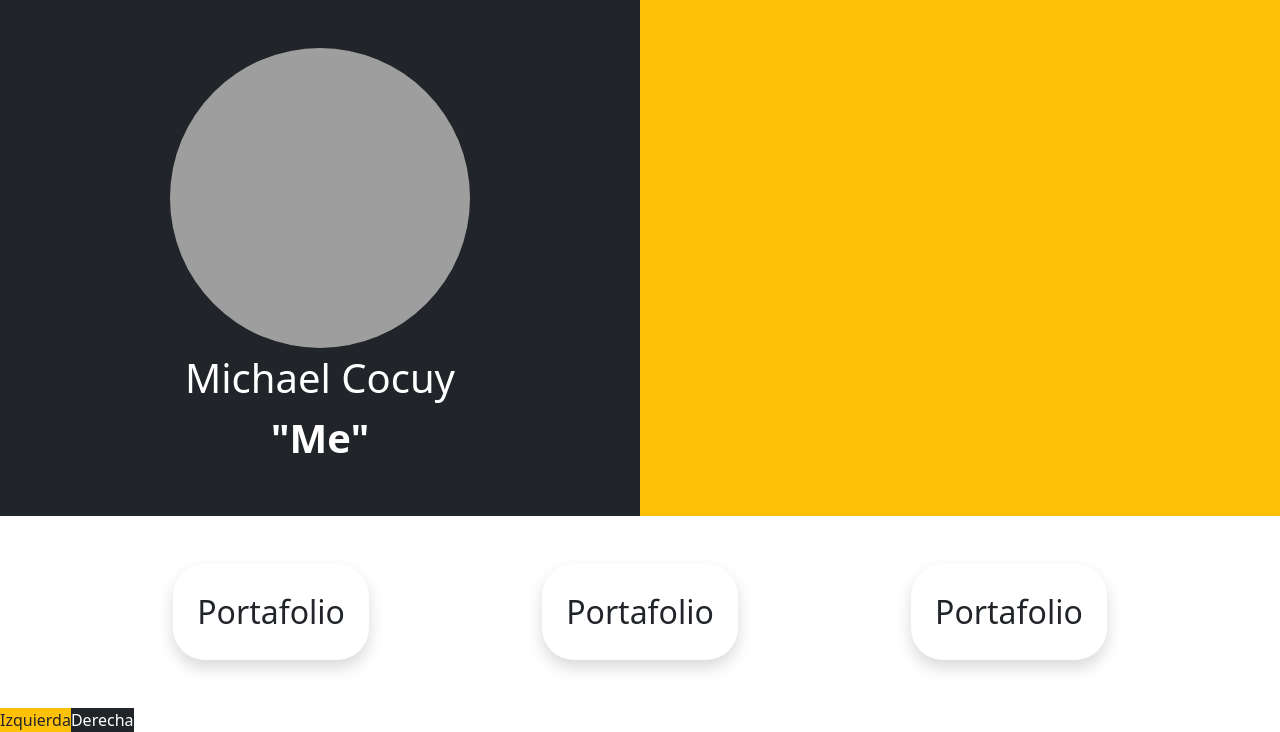
Repository: TzStrikerYT/Dise-o-web-NA00
Page: Proyecto_personal/index.html
The author's editor kept a copy of each file at every save. The page is drawn from the files as they stood at one save, then again after the next save.
The browser window is 1280 px wide. The pictures show the whole page.
Pictures or frames that could not be fetched are drawn as grey boxes.

Above is the page before, as saved 2024-08-30 20:53:17.

### Proyecto_personal/index.html
<!doctype html>
<html lang="en">
  <head>
    <meta charset="utf-8">
    <meta name="viewport" content="width=device-width, initial-scale=1">
    <title>Bootstrap demo</title>

    <link rel="stylesheet" href="style.css">

    <link href="https://cdn.jsdelivr.net/npm/bootstrap@5.3.3/dist/css/bootstrap.min.css" rel="stylesheet" integrity="sha384-QWTKZyjpPEjISv5WaRU9OFeRpok6YctnYmDr5pNlyT2bRjXh0JMhjY6hW+ALEwIH" crossorigin="anonymous">
  </head>
  <body class="">

    <div class="d-flex text-white">
        <div class="py-5 bg-dark col-md-6 d-flex flex-column align-items-center">
            <div class="mi-image border-0 rounded-circle">
                <!-- imagen -->
            </div>
            <div class="d-flex flex-column align-items-center">
                <span class="fs-1">Michael Cocuy</span>
                <span class="fs-1 fw-bolder">"Me"</span>
            </div>
        </div>
        <div class="py-5 bg-warning col-md-6"></div>
    </div>

    <div class="d-flex flex-wrap justify-content-evenly py-5">

      <div class="p-4 shadow border-0 rounded-5 shadow">
        <span class="fs-2">Portafolio</span>
      </div>
      <div class="p-4 shadow border-0 rounded-5 shadow">
        <span class="fs-2">Portafolio</span>
      </div>
      <div class="p-4 shadow border-0 rounded-5 shadow">
        <span class="fs-2">Portafolio</span>
      </div>

    </div>

    <section class="d-flex">

      <div class="bg-warning">Izquierda</div>
      <div class="bg-dark text-white">Derecha</div>

    </section>

    <script src="./script.js"></script>

    <script src="https://cdn.jsdelivr.net/npm/bootstrap@5.3.3/dist/js/bootstrap.bundle.min.js" integrity="sha384-YvpcrYf0tY3lHB60NNkmXc5s9fDVZLESaAA55NDzOxhy9GkcIdslK1eN7N6jIeHz" crossorigin="anonymous"></script>
  </body>
</html>

### Proyecto_personal/style.css
.mi-image {
    width: 300px;
    height: 300px;
    background: url("https://i.pinimg.com/236x/dd/57/04/dd5704fb37c592472942b0dde96e92bf.jpg");
    background-repeat: no-repeat;
    background-size: cover;
}

### Proyecto_personal/script.js
for(let i = 1; i <= 10; i++){
    if(i <= 9){
      console.log(`${i},`)
    } else {
      console.log(i)
    }
  }

let i = 1

while(i <= 10){

    // code here
    if(i <= 9){
        console.log(`${i},`)
      } else {
        console.log(i)
      }
    i++
}

for(let i = 1; i <= 3; i++){

    for(let j = 1; j <= 5; j++){

      if(i === 1){
        console.log("a",j)
      }

      if(i === 2){
        console.log("b",j)
      }

      if(i === 3){
        console.log("c",j)
      }
    }

  }

After the next save:
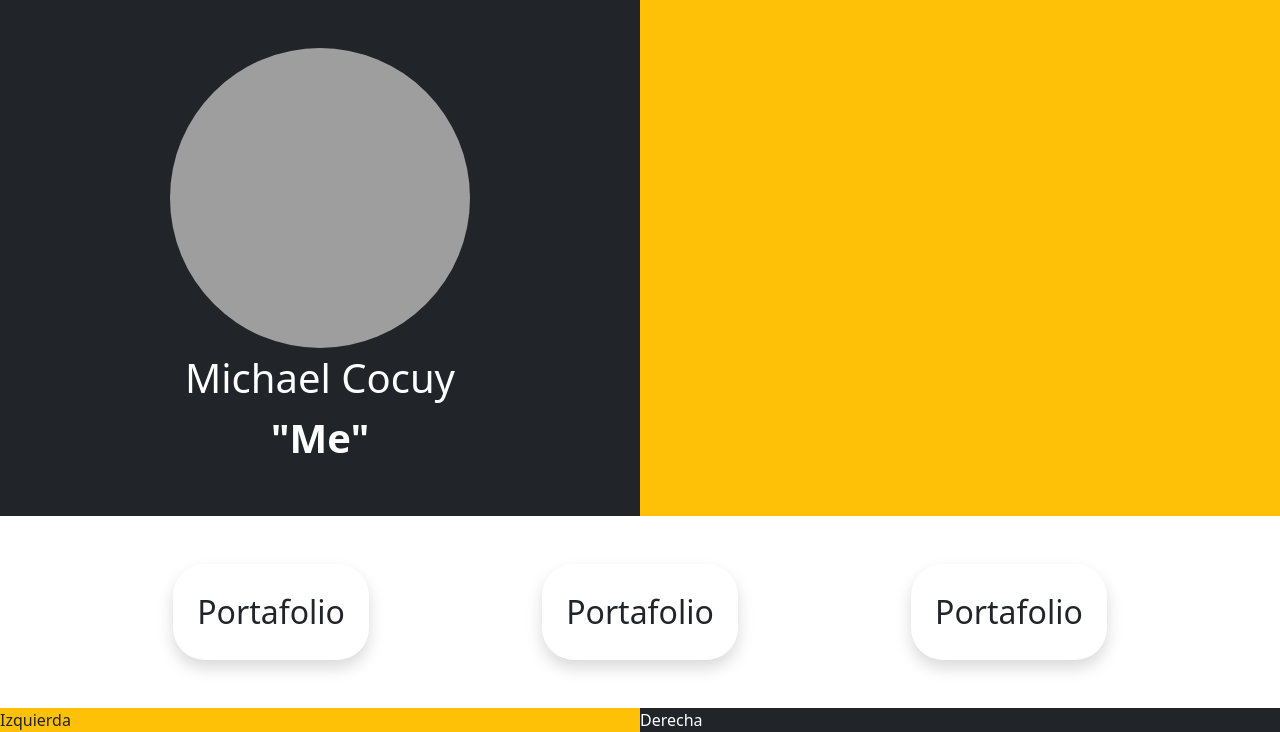
Saved 20 s later.
--- a/Proyecto_personal/index.html
+++ b/Proyecto_personal/index.html
@@ -40,8 +40,8 @@
 
     <section class="d-flex">
 
-      <div class="bg-warning">Izquierda</div>
-      <div class="bg-dark text-white">Derecha</div>
+      <div class="bg-warning col-sm-6">Izquierda</div>
+      <div class="bg-dark text-white col-sm-6">Derecha</div>
 
     </section>
 
